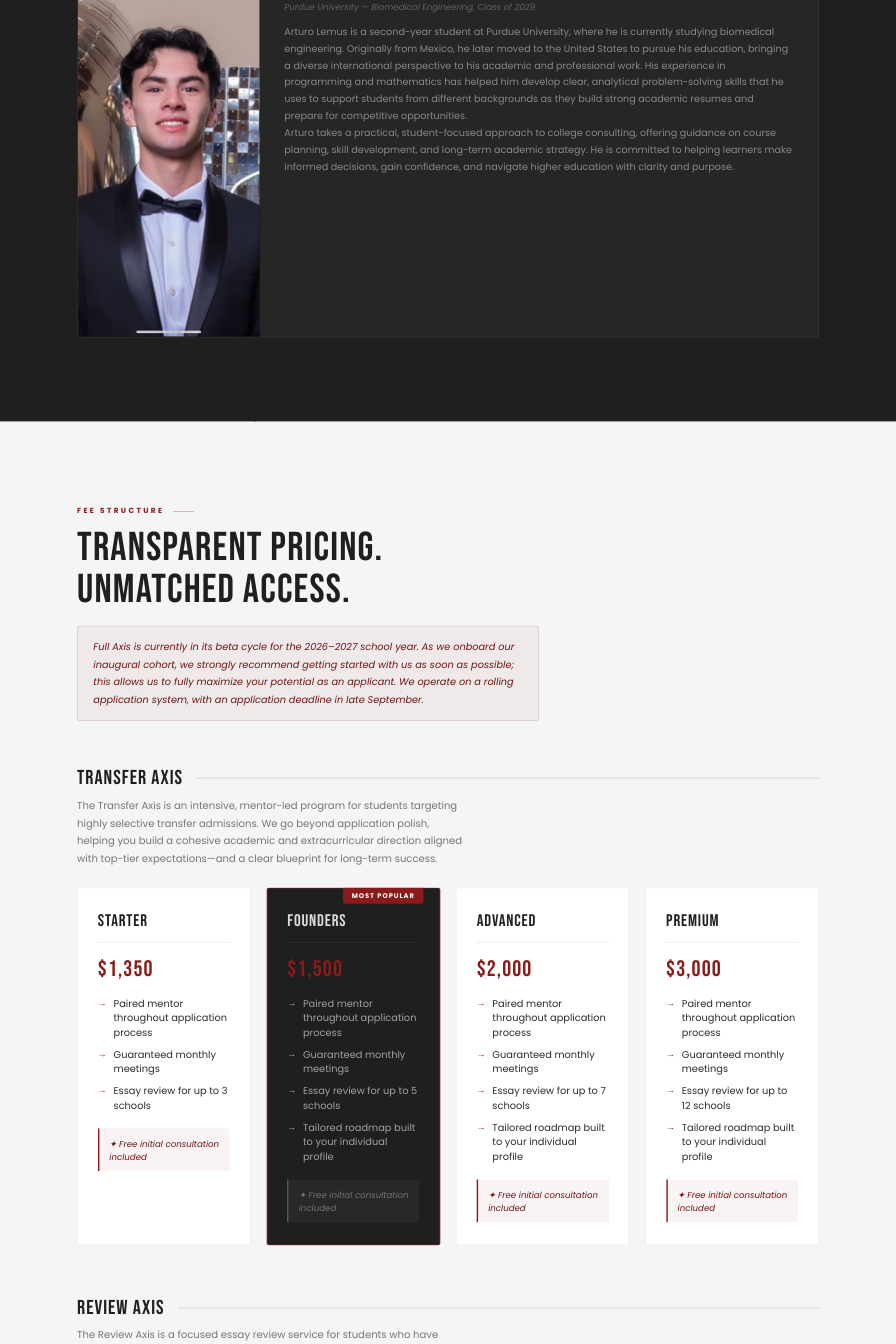
Repository: epeguero8311/cesar
Page: index.html
These files come from the project's save history. The page is drawn as it stood at one moment and after the next save; the edit follows.
The browser window is 1280 px wide. The pictures show the part of the page from y = 4580 to 6500 px (the page is 7864 px tall before and 7707 px after), at 70% of full size.

Above is the page before, as saved 2026-07-17 13:35:16.

### index.html
<!DOCTYPE html>
<html lang="en">
<head>
<meta charset="UTF-8" />
<meta name="viewport" content="width=device-width, initial-scale=1.0" />
<link rel="icon" type="image/png" href="Untitled_design__1_-removebg-preview.png" />
<title>Full Axis College Consulting</title>
<link rel="preconnect" href="https://fonts.googleapis.com" />
<link rel="preconnect" href="https://fonts.gstatic.com" crossorigin />
<link href="https://fonts.googleapis.com/css2?family=Bebas+Neue&family=Poppins:ital,wght@0,300;0,400;0,500;0,600;0,700;1,400&display=swap" rel="stylesheet" />
<link rel="stylesheet" href="style.css" />
</head>
<body>

<!-- NAV -->
<nav>
  <div class="nav-brand">
    <img src="IMG_4736-removebg-preview.png" alt="Full Axis" class="nav-logo-img" />
  </div>
  <button class="nav-burger" id="navBurger" aria-label="Toggle menu" aria-expanded="false">
    <span></span><span></span><span></span>
  </button>

  <ul class="nav-links" id="navLinks">
    <li><a href="#mission">About</a></li>
    <li><a href="#team">Team</a></li>
    <li><a href="#pricing">Packages</a></li>
<li><a href="../transfer-blueprint/index.html">Mission</a></li>
    <li><a href="college-guides/index.html">College Guides</a></li>
    <li><a href="kill-board/index.html">Axis Board</a></li>
    <li><a href="#apply" class="nav-cta">Apply Now</a></li>
  </ul>
</nav>
<div class="nav-overlay" id="navOverlay"></div>

<!-- HERO -->
<section id="hero">
  <div class="hero-inner">
    <div class="hero-eyebrow">Prestige Admissions Advisory</div>
    <h1 class="hero-title">Your defining<br /><em>axis</em> starts here.</h1>
    <div class="hero-rule"></div>
    <p class="hero-sub">Connect → Gameplan → Success</p>
    <div class="hero-actions">
      <a href="#apply" class="btn-primary">Begin Your Application</a>
      <a href="#mission" class="btn-outline">Learn More</a>
    </div>
  </div>
</section>

<!-- STATS RIBBON -->
<div class="stats-ribbon">
  <div class="stat"><strong>Tier 1</strong>&nbsp;Target Schools</div>
  <div class="stat-sep"></div>
  <div class="stat"><strong>Paired</strong>&nbsp;Major-Specific Mentors</div>
  <div class="stat-sep"></div>
  <div class="stat"><strong>Beta</strong>&nbsp;2026–27 Cycle</div>
  <div class="stat-sep"></div>
  <div class="stat"><strong>Free</strong>&nbsp;First Consultation</div>
</div>

<!-- MISSION -->
<section id="mission">
  <div class="section-inner">
    <div class="section-label">Who We Are</div>
    <h2 class="section-title">Built on precision.<br />Defined by results.</h2>
    <div class="mission-grid">
      <div class="reveal">
        <p class="mission-statement">Full Axis is a prestige-focused, major-specific admissions advisory firm. We specialize in guiding students from a multitude of backgrounds through the most competitive first-year and transfer pathways in the country.</p>
        <div class="beta-badge">
          <span class="beta-dot"></span>
          Currently in Beta — 2026–2027 Cycle &nbsp;·&nbsp; Limited Spots Available
        </div>
      </div>
      <div class="mission-right reveal d2">
        <div class="pillar">
          <h3>Our Approach</h3>
          <p>We operate on a "Tiered Expertise" model, pairing each student with mentors who have successfully navigated their exact target trajectory — gaining admission to top programs in their respective fields.</p>
        </div>
        <div class="pillar">
          <h3>Our Philosophy</h3>
          <p>We believe every applicant has a defining narrative Axis. Whether it is the pursuit of an elite standard or a strategic reinvention, our role is to identify, refine, and position that Axis with precision.</p>
        </div>
      </div>
    </div>
    <div class="ornament"><div class="ornament-diamond"></div></div>
  </div>
</section>

<!-- TEAM -->
<section id="team">
  <div class="section-inner">
    <div class="team-intro">
      <div class="section-label">The Axis Network</div>
      <h2 class="section-title on-dark">Guided by those<br />who've been there.</h2>
    </div>
    <div class="team-grid">
      <!-- Cesar -->
      <div class="team-card reveal">
        <div class="team-photo">
           <img src="headshots/IMG_6623.jpeg" alt="Cesar" class="team-headshot" />
        </div>
        <div class="team-info">
          <div class="team-name">Cesar Espinoza</div>
          <div class="team-role">Founder &amp; Director</div>
          <div class="team-school">Boston University — Biology &amp; Public Health + Data Science minor </div>
          <p class="team-bio">Cesar Espinoza is a transfer student from Loyola University New Orleans currently studying Biology at Boston University, with a focus in Public Health and Data Science. He founded Full Axis, a platform designed to expose the structure behind the college admissions process and help students navigate it with strategy and clarity. He works directly with students across first-year and transfer pathways, including high-achieving applicants seeking stronger outcomes and those refining academic direction, with a particular focus on STEM pathways where academic alignment is critical in selective admissions.
          </p>

 <p class="team-bio">His advising focuses on building cohesive academic and extracurricular narratives tailored to different admissions contexts. He draws on experience receiving multiple academic writing awards, emphasizing clarity, structure, and intentional positioning in application development. Within Full Axis, he oversees advisor strategy and student matching, ensuring students are paired with mentors aligned with their academic and professional goals. The Axis Network emphasizes transfer admissions, where outcomes depend not only on academic benchmarks but also institutional priorities, requiring precise alignment across academic and extracurricular profiles.
 </p>
        </div>
      </div>
      <!-- Andrew -->
      <div class="team-card reveal d1">
        <div class="team-photo">
          <img src="headshots/headshot-Andrew_Wei 2.JPEG" alt="Andrew Wei" class="team-headshot" />
        </div>
        <div class="team-info">
          <div class="team-name">Andrew Wei</div>
          <div class="team-role">Co-Founder &amp; Transfer Advisor (Finance)</div>
          <div class="team-school">Cornell University — Nolan School of Hotel Administration</div>
          <p class="team-bio">Andrew is a transfer student from Tulane University to Cornell's Nolan School of Hotel Administration, where he is now a sophomore pursuing a career in consulting. After navigating the transfer process himself, he co-founded Full Axis to help others do the same. He will guide students through every step of the process, from school selection to crafting the final components of their applications. Andrew's strengths lie in business and finance, as well as his ability to help students build a clear, strategic path to success. He focuses on helping students craft narratives that reflect not only technical ambition, but also a deeper commitment to entrepreneurship and innovation.</p>
        </div>
      </div>
      <!-- Kellen -->
      <div class="team-card reveal d2">
        <div class="team-photo">
          <img src="headshots/IMG_4220.jpeg" alt="Kellen" class="team-headshot" />
        </div>
        <div class="team-info">
          <div class="team-name">Kellen Bell</div>
          <div class="team-role">Senior Transfer Advisor (Natural Sciences)</div>
          <div class="team-school">Cornell University — HBHS &amp; Health Care Policy</div>
          <p class="team-bio">Kellen is a pre-med transfer student from Tulane to Cornell University, where he is currently majoring in Human Biology, Health & Society with a minor in Health Care Policy. As a co-founder, he will help students refine their applications and reach new heights at any institution. What truly sets Kellen apart is his firsthand experience navigating both the transfer process and the path toward medical school. This experience makes him an invaluable resource for aspiring pre-med students and those pursuing careers in science, allowing him to offer thoughtful, experience-driven guidance. With his unique perspective, he helps students interested in STEM research and medicine better understand the journey ahead and approach it with clarity and confidence.</p>
        </div>
      </div>
      <!-- Azmain -->
      <div class="team-card reveal d3">
        <div class="team-photo">
          <img src="headshots/IMG_4873.jpeg" alt="Azmain" class="team-headshot" />
        </div>
        <div class="team-info">
          <div class="team-name">Azmain Harun</div>
          <div class="team-role">Senior Transfer Advisor (Engineering)</div>
          <div class="team-school">Vanderbilt University — Electrical Engineering &amp; HOD</div>
          <p class="team-bio">Azmain brings a nontraditional but highly strategic perspective to Full Axis, with deep experience navigating elite admissions and rigorous academic pathways. He earned a full ride offer to Vanderbilt and was also admitted to Columbia, Virginia Tech, URochester, UC Santa Barbara, and UC San Diego, alongside waitlists at Stanford and UC Berkeley. He is pursuing Electrical Engineering and Human & Organizational Development (HOD), with academic strengths spanning engineering, computer science, physics, applied mathematics, and the UC admissions process. Azmain helps students build balanced, realistic, and ambitious application strategies, whether targeting highly selective private universities or competitive public university systems.</p>
        </div>
      </div>
      <!-- Sarah-->
<div class="team-card reveal d4">
  <div class="team-photo">
    <img src="headshots/Sarah Li_JPEG.jpeg" alt="Sara" class="team-headshot" />
  </div>
  <div class="team-info">
    <div class="team-name">Sarah Li </div>
    <div class="team-role">Transfer Advisor (Finance &amp; International Admissions)</div>
    <div class="team-school">Cornell University — Information Science & Environmental Studies</div>
    <p class="team-bio">Sarah is a Cornell junior pursuing a double major, who transferred from Middlebury College, navigating the shift from a liberal arts college to a research university firsthand as an international student. Sarah has four years of tutoring experience and currently serves as a New Member Educator at one of Cornell's prestigious business clubs, giving her a proven track record of working with students. Her advising strengths span the range of student experiences: adjusting to a new academic culture, studying abroad, switching majors, and finding the right career path. Sarah has experience in both tech and finance, and will be joining Goldman Sachs as an summer analyst soon. She can offer grounded, practical guidance on recruiting, pivots, and how your choice of major or institution shapes your professional trajectory.</p>
  </div>
</div>
<!-- Alex -->
<div class="team-card reveal d5">
  <div class="team-photo">
    <img src="headshots/Alec Sarkiss_JPEG.jpeg" alt="Alex" class="team-headshot" />
  </div>
  <div class="team-info">
    <div class="team-name">Alec Sarkissian</div>
    <div class="team-role">Transfer Advisor (Social Sciences &amp; UC Admissions)</div>
    <div class="team-school">University of California, Berkeley — Political Science</div>
    <p class="team-bio">Alec is a transfer student from Sacramento City College to the UC Berkeley College of Letters and Science, where he will major in Political Science and minor in Public Policy. He was admitted to every University of California campus, as well as Duke University. Over the past three years, Alec has built extensive experience in government affairs, working with some of California’s leading lobbying firms and associations while also serving in multiple statewide student government roles. In addition, he has mentored friends and classmates through the California community college transfer process, developing strong knowledge of the Transfer Admission Guarantee (TAG) program and the UCLA/UC Berkeley Transfer Alliance Program (TAP). His expertise also extends to course planning, extracurricular development, and crafting strategic, compelling admissions essays.</p>
  </div>
</div>
<!-- Arturo -->
<div class="team-card reveal d6">
  <div class="team-photo">
    <img src="headshots/ArturoLemus.jpeg" alt="Arturo" class="team-headshot" />
  </div>
  <div class="team-info">
    <div class="team-name">Arturo Lemus</div>
    <div class="team-role">Advisor (STEM &amp; International Admissions)</div>
    <div class="team-school">Purdue University — Biomedical Engineering, Class of 2029</div>
    <p class="team-bio">Arturo Lemus is a second-year student at Purdue University, where he is currently studying biomedical engineering. Originally from Mexico, he later moved to the United States to pursue his education, bringing a diverse international perspective to his academic and professional work. His experience in programming and mathematics has helped him develop clear, analytical problem-solving skills that he uses to support students from different backgrounds as they build strong academic resumes and prepare for competitive opportunities.</p>
    <p class="team-bio">Arturo takes a practical, student-focused approach to college consulting, offering guidance on course planning, skill development, and long-term academic strategy. He is committed to helping learners make informed decisions, gain confidence, and navigate higher education with clarity and purpose.</p>
  </div>
</div>
    </div>
  </div>
</section>

<!-- PRICING -->
<section id="pricing">
  <div class="section-inner">
    <div class="pricing-hd reveal">
      <div class="section-label">Fee Structure</div>
      <h2 class="section-title">Transparent pricing.<br />Unmatched access.</h2>
      <div class="pricing-beta-block">Full Axis is currently in its beta cycle for the 2026–2027 school year. As we onboard our inaugural cohort, we strongly recommend getting started with us as soon as possible; this allows us to fully maximize your potential as an applicant. We operate on a rolling application system, with an application deadline in late September.</div>
    </div>

    <h3 class="axis-heading">Transfer Axis</h3>
    <p class="axis-desc">The Transfer Axis is an intensive, mentor-led program for students targeting highly selective transfer admissions. We go beyond application polish, helping you build a cohesive academic and extracurricular direction aligned with top-tier expectations—and a clear blueprint for long-term success.</p>
    <div class="pkg-grid reveal">
      <div class="pkg">
        <div class="pkg-name">Starter</div>
        <div class="rev-price">$1,350</div>
        <ul class="pkg-feats">
          <li class="pkg-feat">Paired mentor throughout application process</li>
          <li class="pkg-feat">Guaranteed monthly meetings</li>
          <li class="pkg-feat">Essay review for up to 3 schools</li>
        </ul>
        <div class="consult-note">✦ Free initial consultation included</div>
      </div>
      <div class="pkg featured">
        <div class="pkg-badge">Most Popular</div>
        <div class="pkg-name">Founders</div>
        <div class="rev-price">$1,500</div>
        <ul class="pkg-feats">
          <li class="pkg-feat">Paired mentor throughout application process</li>
          <li class="pkg-feat">Guaranteed monthly meetings</li>
          <li class="pkg-feat">Essay review for up to 5 schools</li>
          <li class="pkg-feat">Tailored roadmap built to your individual profile</li>
        </ul>
        <div class="consult-note">✦ Free initial consultation included</div>
      </div>
      <div class="pkg">
        <div class="pkg-name">Advanced</div>
        <div class="rev-price">$2,000</div>
        <ul class="pkg-feats">
          <li class="pkg-feat">Paired mentor throughout application process</li>
          <li class="pkg-feat">Guaranteed monthly meetings</li>
          <li class="pkg-feat">Essay review for up to 7 schools</li>
          <li class="pkg-feat">Tailored roadmap built to your individual profile</li>
        </ul>
        <div class="consult-note">✦ Free initial consultation included</div>
      </div>
      <div class="pkg">
        <div class="pkg-name">Premium</div>
        <div class="rev-price">$3,000</div>
        <ul class="pkg-feats">
          <li class="pkg-feat">Paired mentor throughout application process</li>
          <li class="pkg-feat">Guaranteed monthly meetings</li>
          <li class="pkg-feat">Essay review for up to 12 schools</li>
          <li class="pkg-feat">Tailored roadmap built to your individual profile</li>
        </ul>
        <div class="consult-note">✦ Free initial consultation included</div>
      </div>
    </div>

    <h3 class="axis-heading" style="margin-top:4.5rem">Review Axis</h3>
    <p class="axis-desc">The Review Axis is a focused essay review service for students who have completed their drafts and want expert-level refinement before submission. This tier is ideal for applicants seeking precise feedback to ensure their narrative is clear, compelling, and free of structural or strategic weaknesses.</p>
    <div class="rev-grid reveal">
      <div class="rev-card">
        <div class="rev-card-title">High Schoolers — Essay Only</div>
        <div class="rev-price">$125</div>
        <ul class="rev-feats">
          <li class="rev-feat">Personal statement review + one-time editing &amp; recommendations</li>
          <li class="rev-or">— or —</li>
          <li class="rev-feat">Two supplemental essay reviews + one-time editing &amp; recommendations</li>
        </ul>
      </div>
      <div class="rev-card">
        <div class="rev-card-title">Transfers — Essay Only</div>
        <div class="rev-price">$75</div>
        <ul class="rev-feats">
          <li class="rev-feat">Single supplemental essay + one-time editing &amp; recommendation</li>
        </ul>
        <div class="rev-addons">
          <div class="addon"><strong>+ $50</strong>&nbsp;each additional supplemental essay</div>
          <div class="addon"><strong>+ $25</strong>&nbsp;essays under 100 words</div>
        </div>
      </div>
    </div>
  </div>
</section>

<!-- APPLY -->
<section id="apply">
  <div class="section-inner">
    <div class="apply-grid reveal">
      <div>
        <div class="section-label">Get Started</div>
        <h2 class="apply-title">Ready to find<br />your <em>axis?</em></h2>
        <p class="apply-sub">Submit your application through our intake form and a member of our team will reach out within 48 hours. Spots for the 2026–2027 cycle are limited.</p>
        <div class="consult-callout">
          <strong>✦ Free First Consultation (Included With Every Application)</strong>
          <p>Every student who applies receives a complimentary initial consultation at no cost. We assess your profile and identify the best pathway forward — no commitment required.</p>
        </div>
      </div>
      <div class="apply-box">
        <div class="apply-icon">
          <svg viewBox="0 0 24 24"><path d="M9 12l2 2 4-4M21 12a9 9 0 11-18 0 9 9 0 0118 0z"/></svg>
        </div>
        <h3>Apply Now</h3>
        <p>Complete our short intake form. Every application is reviewed personally by our team.</p>
        <a href="https://docs.google.com/forms/d/e/1FAIpQLSdoFQlOemhVGL9cHiw1zWZMkfWvCgZNxgydIc3T4HkZGuN4dA/viewform?usp=header"
           target="_blank" rel="noopener noreferrer" class="btn-apply">Begin Your Application →</a>
        <p class="apply-fine">Beta Cycle — 2026–2027 Admissions Year</p>
      </div>
    </div>
  </div>
</section>

<!-- FOOTER -->
<footer>
  <div class="ft-logo"> <span></span></div>
  <div class="ft-note">Full Axis is currently operating in its beta cycle for the 2026–2027 admissions year. Prestige-focused, major-specific admissions advisory.</div>
  <div class="ft-right">
    <div class="ft-social">
      <!-- Instagram -->
      <a href="https://www.instagram.com/fullaxisconsulting?igsh=MTVjaGZybGl2OHJxNw==" target="_blank" rel="noopener noreferrer" aria-label="Instagram">
        <svg viewBox="0 0 24 24" stroke="white" fill="none" stroke-width="1.8" stroke-linecap="round" stroke-linejoin="round">
          <rect x="2" y="2" width="20" height="20" rx="5" ry="5"/>
          <circle cx="12" cy="12" r="4"/>
          <circle cx="17.5" cy="6.5" r="0.5" fill="white" stroke="none"/>
        </svg>
      </a>
      <!-- TikTok -->
      <a href="https://www.tiktok.com/@fullaxiscc?_r=1&_t=ZP-95ywb3mjwBK" target="_blank" rel="noopener noreferrer" aria-label="TikTok">
        <svg viewBox="0 0 24 24" fill="white" stroke="none">
          <path d="M19.59 6.69a4.83 4.83 0 01-3.77-4.25V2h-3.45v13.67a2.89 2.89 0 01-2.88 2.5 2.89 2.89 0 01-2.89-2.89 2.89 2.89 0 012.89-2.89c.28 0 .54.04.79.1V9.01a6.33 6.33 0 00-.79-.05 6.34 6.34 0 00-6.34 6.34 6.34 6.34 0 006.34 6.34 6.34 6.34 0 006.33-6.34V8.69a8.24 8.24 0 004.84 1.56V6.81a4.85 4.85 0 01-1.07-.12z"/>
        </svg>
      </a>
    </div>
    <div class="ft-copy">© 2026 Full Axis</div>
  </div>
</footer>

<style>
.ft-right{display:flex;flex-direction:column;align-items:flex-end;gap:0.75rem}
@media(max-width:580px){.ft-right{align-items:center}}
</style>

<script src="main.js"></script>
</body>
</html>

Loaded but not shown: main.js (32 lines, source omitted); style.css (556 lines, source omitted)

After the next save:
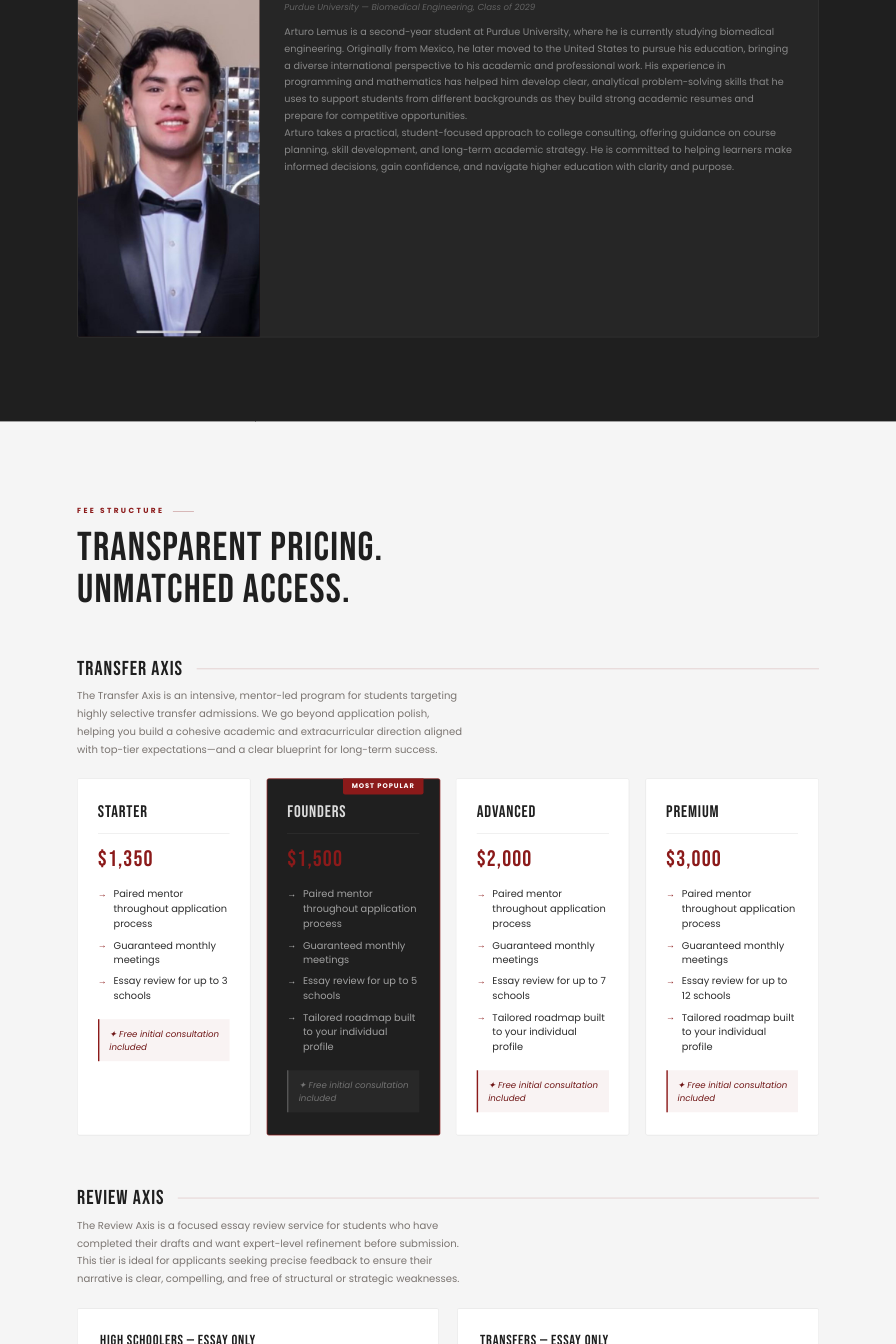
Saved 2 min 32 s later.
--- a/index.html
+++ b/index.html
@@ -193,7 +193,6 @@
     <div class="pricing-hd reveal">
       <div class="section-label">Fee Structure</div>
       <h2 class="section-title">Transparent pricing.<br />Unmatched access.</h2>
-      <div class="pricing-beta-block">Full Axis is currently in its beta cycle for the 2026–2027 school year. As we onboard our inaugural cohort, we strongly recommend getting started with us as soon as possible; this allows us to fully maximize your potential as an applicant. We operate on a rolling application system, with an application deadline in late September.</div>
     </div>
 
     <h3 class="axis-heading">Transfer Axis</h3>
